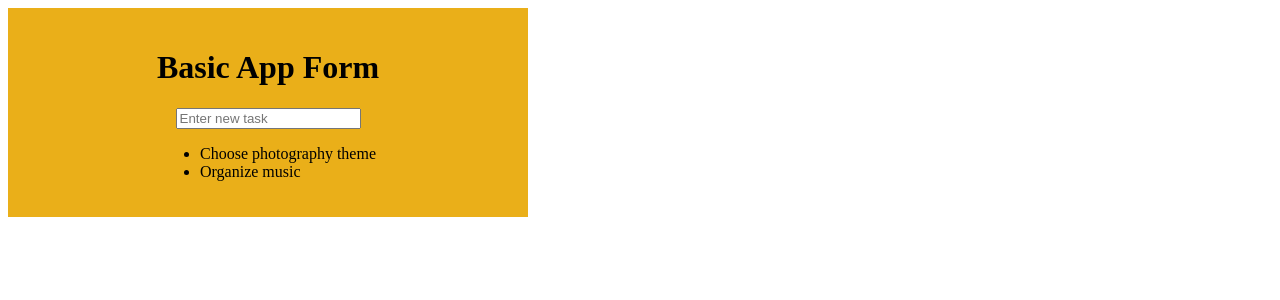
Repository: Kayla-amr/dgm_3760
Page: todoTemplate-W2/index.html
These files come from the project's save history. The page is drawn as it stood at one moment and after the next save; the edit follows.
The browser window is 1280 px wide. The pictures show the whole page.

Above is the page before, as saved 2022-10-17 10:52:33.

After the next save:
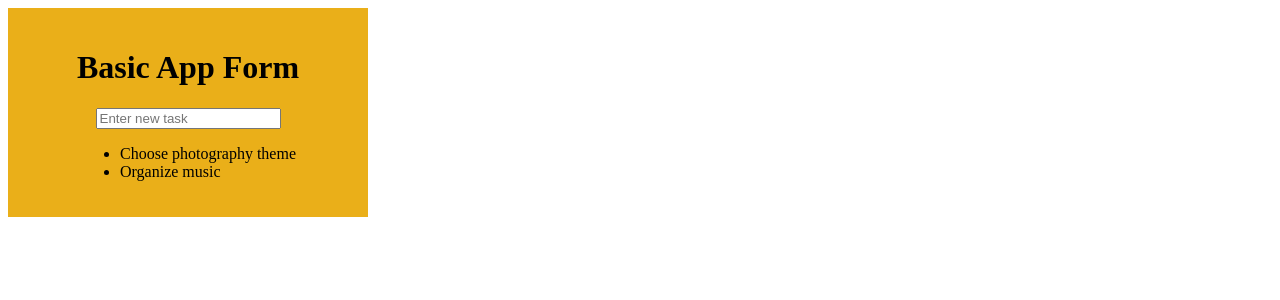
Saved 13 s later.
--- a/todoTemplate-W2/styles.css
+++ b/todoTemplate-W2/styles.css
@@ -1,7 +1,7 @@
 .taskForm{
     background-color: #eaaf19;
     padding: 20px;
-    width: 30rem;
+    width: 20rem;
     display: flex;
     flex-direction: column;
     justify-content: center;
